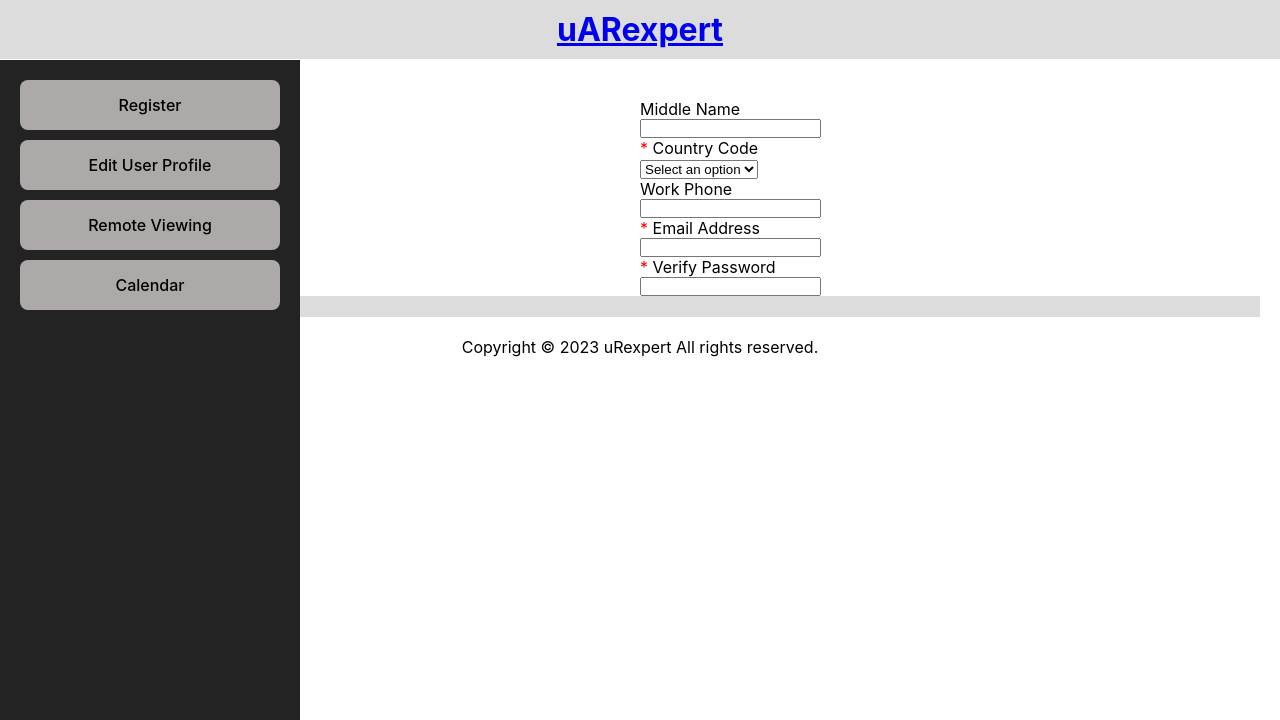
Repository: onionNguyen/Senior-Design-Project
Page: /register (app in frontend/)
The author's editor kept a copy of each file at every save. The page is drawn from the files as they stood at one save, then again after the next save.
The browser window is 1280 px wide. The pictures show the whole page.
The page's requests for data from a server got no answer. The project was rebuilt for these pictures with package versions that can differ from the ones it lists, and the page was loaded fresh each time. No one was signed in, and anything a server would have sent is missing. Also part of the build but not shown: frontend/src/components/pages/edit-user-profile/EditProfile.module.css, frontend/src/components/pages/edit-user-profile/EditProfile.js, frontend/src/components/pages/login/Login.module.css, frontend/src/components/pages/login/Login.js, frontend/src/components/pages/home/Home.module.css, frontend/src/components/pages/error/Unauthorized.js, frontend/src/components/pages/home/Home.js, frontend/src/components/pages/error/NotFound.js and 2 more.

Above is the page before, as saved 2023-10-27 03:25:02.

### frontend/src/index.css
* {
  box-sizing: border-box;
  margin: 0;
  padding: 0;
}

body {
  font-family: -apple-system, BlinkMacSystemFont, "Segoe UI", "Roboto", "Oxygen",
    "Ubuntu", "Cantarell", "Fira Sans", "Droid Sans", "Helvetica Neue",
    sans-serif;
  -webkit-font-smoothing: antialiased;
  -moz-osx-font-smoothing: grayscale;
}

code {
  font-family: source-code-pro, Menlo, Monaco, Consolas, "Courier New",
    monospace;
}

### frontend/src/App.js
import { BrowserRouter as Router, Routes, Route } from "react-router-dom";
import EditProfile from "./components/pages/edit-user-profile/EditProfile";
import Login from "./components/pages/login/Login";
import Home from "./components/pages/home/Home";
import Register from "./components/pages/registration/Register";
import { AuthContext } from "./helpers/AuthContext";
import { useState, useEffect } from "react";
import axios from "axios";
import NotFound from "./components/pages/error/NotFound";
import Calendar from "./components/pages/calendar/Calendar";
import RemoteViewing from "./components/pages/remote-viewing/RemoteViewing";

function App() {
  const [authState, setAuthState] = useState({
    id: 0,
    name: "",
    email: "",
    status: false,
  });

  useEffect(() => {
    axios
      .get("http://localhost:5000/auth", {
        headers: {
          accessToken: localStorage.getItem("accessToken"),
        },
      })
      .then((response) => {
        console.log(response.data);
        if (response.data.error) {
          setAuthState({
            ...authState,
            status: false,
          });
        } else {
          setAuthState({
            id: response.data.id,
            name: response.data.name,
            email: response.data.email,
            status: true,
          });
        }
      });
  }, [authState]);

  return (
    <AuthContext.Provider value={{ authState, setAuthState }}>
      <Router>
        <Routes>
          <Route path="/" exact element={<Home />} />
          <Route path="/register" exact element={<Register />} />
          <Route path="/login" exact element={<Login />} />
          <Route path="/profile/edit" exact element={<EditProfile />} />
          <Route path="/calendar" exact element={<Calendar />} />
          <Route path="/remote-viewing" exact element={<RemoteViewing />} />
          <Route path="*" exact element={<NotFound />} />
        </Routes>
      </Router>
    </AuthContext.Provider>
  );
}

export default App;

### frontend/src/components/pages/registration/Register.js
import React, { useState, useEffect } from "react";
import { useNavigate } from "react-router-dom";
import axios from "axios";
import Footer from "../../footer/Footer";
import Header from "../../header/Header";
import SideNav from "../../sidenav/SideNav";
import Input from "../../form/Input";
import styles from "./Register.module.css";
import IndicatesRequired from "../../form/IndicatesRequired";
import MessageRibbon from "../../form/MessageRibbon";

const Register = () => {
  const navigate = useNavigate();

  const [formData, setFormData] = useState({
    first_name: "",
    middle_name: "",
    last_name: "",
    country_name: "",
    mobile_phone: "",
    work_phone: "",
    home_phone: "",
    email: "",
    password: "",
    verify_password: "",
  });

  const [errorMessages, setErrorMessages] = useState([]);

  const [countryCodes, setCountryCodes] = useState([]);

  useEffect(() => {
    axios
      .get("http://localhost:5000/countries")
      .then((response) => {
        setCountryCodes(response.data.countries);
      })
      .catch((error) => {
        console.error("Error fetching country codes:", error);
      });
  }, []);

  const handleInputChange = (event) => {
    const { name, value } = event.target;
    console.log(value);
    setFormData({ ...formData, [name]: value });
  };

  const isValidEmail = (email) => {
    const emailPattern = /^[a-zA-Z0-9._%+-]+@[a-zA-Z0-9.-]+\.[a-zA-Z]{2,}$/;
    return emailPattern.test(email);
  };

  const isValidPhoneNumber = (phoneNumber) => {
    const phonePattern = /^[0-9]{10}$/;
    return phonePattern.test(phoneNumber);
  };

  const handleSubmit = (event) => {
    event.preventDefault();
    console.log(formData);

    const errors = [];

    const fieldToLablesMap = {
      first_name: "First name",
      middle_name: "Middle name",
      last_name: "Last name",
      country_name: "Country code",
      mobile_phone: "Mobile phone",
      work_phone: "Work phone",
      home_phone: "Home phone",
      email: "Email address",
      password: "Password",
      verify_password: "Verify password",
    };

    // Validation for required fields
    const requiredFields = [
      "first_name",
      "last_name",
      "country_name",
      "mobile_phone",
      "email",
      "password",
      "verify_password",
    ];

    requiredFields.forEach((field) => {
      if (!formData[field]) {
        errors.push(`${fieldToLablesMap[field]} is required.`);
      }
    });

    // Validation for field lengths
    const fieldsToCheckLength = [
      "first_name",
      "middle_name",
      "last_name",
      "email",
      "password",
      "verify_password",
    ];
    fieldsToCheckLength.forEach((field) => {
      if (formData[field] && formData[field].length > 50) {
        errors.push(
          `${fieldToLablesMap[field]} must be 50 characters or less.`
        );
      }
    });

    // Validation for phone numbers (mobile, work, home)
    const phoneFields = ["mobile_phone", "work_phone", "home_phone"];
    phoneFields.forEach((field) => {
      if (
        formData[field] &&
        (formData[field].length > 10 || !isValidPhoneNumber(formData[field]))
      ) {
        errors.push(
          `${fieldToLablesMap[field]} must be 10 characters or less and valid.`
        );
      }
    });

    // Validation for email
    if (formData.email && !isValidEmail(formData.email)) {
      errors.push("Invalid email address.");
    }

    // Validation for password and verify_password
    if (formData.password !== formData.verify_password) {
      errors.push("Passwords do not match.");
    }

    console.log(errors);
    if (errors.length === 0) {
      axios
        .post("http://localhost:5000/register", formData)
        .then((response) => {
          console.log(response.data);
          navigate("/login");
        })
        .catch((error) => {
          console.error("Error registering user:", error);
        });
      setErrorMessages([]);
      setFormData({
        first_name: "",
        middle_name: "",
        last_name: "",
        country_name: "",
        mobile_phone: "",
        work_phone: "",
        home_phone: "",
        email: "",
        password: "",
        verify_password: "",
      });
    } else {
      setErrorMessages(errors);
    }
  };

  return (
    <div>
      <Header />
      <div className={styles["main-content"]}>
       <SideNav />
       <div className={styles["page-content"]}>
      <MessageRibbon messageList={errorMessages} />
      <IndicatesRequired />
      <form onSubmit={handleSubmit} noValidate>
        <div className={styles["form-container"]}>
          <div className={styles["form-sub-container"]}>
            <Input
              label={"First Name"}
              type={"text"}
              name={"first_name"}
              value={formData.first_name}
              onChange={handleInputChange}
              required={true}
            />
            <Input
              label={"Last Name"}
              type={"text"}
              name={"last_name"}
              value={formData.last_name}
              onChange={handleInputChange}
              required={true}
            />
            <Input
              label={"Mobile Phone"}
              type={"text"}
              name={"mobile_phone"}
              value={formData.mobile_phone}
              onChange={handleInputChange}
              required={true}
            />
            <Input
              label={"Home Phone"}
              type={"text"}
              name={"home_phone"}
              value={formData.home_phone}
              onChange={handleInputChange}
              required={false}
            />
            <Input
              label={"Password"}
              type={"password"}
              name={"password"}
              value={formData.password}
              onChange={handleInputChange}
              required={true}
            />
          </div>
          <div className={styles["form-sub-container"]}>
            <Input
              label={"Middle Name"}
              type={"text"}
              name={"middle_name"}
              value={formData.middle_name}
              onChange={handleInputChange}
              required={false}
            />
            <Input
              label={"Country Code"}
              type={"select"}
              name={"country_name"}
              value={formData.country_name}
              onChange={handleInputChange}
              required={true}
              countryCodes={countryCodes}
            />
            <Input
              label={"Work Phone"}
              type={"text"}
              name={"work_phone"}
              value={formData.work_phone}
              onChange={handleInputChange}
              required={false}
            />
            <Input
              label={"Email Address"}
              type={"email"}
              name={"email"}
              value={formData.email}
              onChange={handleInputChange}
              required={true}
            />
            <Input
              label={"Verify Password"}
              type={"password"}
              name={"verify_password"}
              value={formData.verify_password}
              onChange={handleInputChange}
              required={true}
            />
          </div>
        </div>
        <div className={styles["button-ribbon"]}>
          <button>Register</button>
          <a href="http://localhost:3000/login">Need to login?</a>
        </div>
      </form>
      </div>
    </div>
    <Footer />
  </div>
  );
};

export default Register;

### frontend/src/components/footer/Footer.js
import React from "react";
import styles from "./Footer.module.css";

const Footer = () => {
  return (
    <div className={styles["footer"]}>
      <p>Copyright &copy; 2023 uRexpert All rights reserved.</p>
    </div>
  );
};

export default Footer;

### frontend/src/components/header/Header.js
import React from "react";
import styles from "./Header.module.css";
import { useContext } from "react";
import { AuthContext } from "../../helpers/AuthContext";
import { useNavigate, Link } from "react-router-dom";

const Header = () => {
  const { authState, setAuthState } = useContext(AuthContext);
  const navigate = useNavigate();

  const logout = () => {
    localStorage.removeItem("accessToken");
    setAuthState({
      id: 0,
      name: "",
      email: "",
      status: false,
    });
    navigate("/login");
  };

  return (
    <div className={styles["header"]}>
      <Link to="/">
        <h1>uARexpert</h1>
      </Link>
      {authState.status && <h2>{authState.name}</h2>}
      {authState.status && <button onClick={logout}>Logout</button>}
    </div>
  );
};

export default Header;

### frontend/src/components/sidenav/SideNav.js
import React from "react";
import styles from "./SideNav.module.css";
import { Link } from 'react-router-dom';

const SideNav = (props) => {
  return (
    <div className={styles.sidenav}>
      <ul className={styles.listGroup}>
        <li className={styles.listItem}>
          <Link to="/register">Register</Link>
        </li>
        <li className={styles.listItem}>
          <Link to="/profile/edit">Edit User Profile</Link>
        </li>
        <li className={styles.listItem}>
          <Link to="/remote-viewing">Remote Viewing</Link>
        </li>
        <li className={styles.listItem}>
          <Link to="/calendar">Calendar</Link>
        </li>
      </ul>
    </div>
  );
};

export default SideNav;

### frontend/src/components/form/Input.js
import React from "react";
import styles from "./Form.module.css";

const Input = ({
  label,
  type,
  name,
  value,
  onChange,
  required,
  countryCodes,
}) => {
  return (
    <>
      <label className={styles["display-block"]} htmlFor={name}>
        {required && <span className={styles["required"]}>* </span>}
        {label}
      </label>
      {type === "select" && (
        <select
          name={name}
          id={name}
          value={value}
          onChange={(e) => onChange(e)}
          required={required}
        >
          <option value="" disabled hidden>
            Select an option
          </option>
          {countryCodes.map((countryCode, index) => (
            <option key={index} value={countryCode.name}>
              {countryCode.name} ({countryCode.code})
            </option>
          ))}
        </select>
      )}
      {(type === "text" || type === "email" || type === "password") && (
        <input
          className={styles["display-block"]}
          type={type}
          name={name}
          id={name}
          value={value}
          onChange={(e) => onChange(e)}
          required={required}
        />
      )}
    </>
  );
};

export default Input;

### frontend/src/components/form/IndicatesRequired.js
import React from "react";
import styles from "./Form.module.css";

const IndicatesRequired = () => {
  return (
    <div>
      <span className={styles["required"]}>* </span>
      <span>Indicates Required</span>
    </div>
  );
};

export default IndicatesRequired;

### frontend/src/components/form/MessageRibbon.js
import React from "react";

const MessageRibbon = ({ messageList }) => {
  return (
    <>
      <ul>
        {messageList.map((message, index) => {
          return <li key={index}>{message}</li>;
        })}
      </ul>
    </>
  );
};

export default MessageRibbon;

### frontend/src/components/pages/registration/Register.module.css
.form-container {
  display: flex;
}

.form-sub-container {
  width: 50%;
}

.button-ribbon {
  background-color: gainsboro;
}

.main-content {
  display: flex;
  flex-wrap: nowrap; /* Ensure that the items do not wrap */
}

.page-content {
  flex-grow: 1; /* This will allow it to take the remaining space */
  padding: 20px;
}

### frontend/src/components/header/Header.module.css
.header {
  display: flex;
  justify-content: center;
  align-items: center;
  background-color: gainsboro;
  padding: 10px 20px;
}

.left-aligned {
  display: flex;
  align-items: center;
}

#logo img {
  margin-right: 15px; /* Adjust as needed */
}

### frontend/src/components/sidenav/SideNav.module.css
.sidenav {
  height: calc(100vh - 60px);
  width: 300px; /* Fixed width to ensure uniform look across different screens */
  max-width: 80%; /* Ensure it doesn't consume too much space on smaller screens */
  z-index: 1;
  top: 60px;
  left: 0;
  background-color: #232323; /* Darker color for contrast */
  transition: 0.5s ease;
  overflow-x: hidden;
  padding: 20px;
  display: flex;
  flex-direction: column;
  align-items: center;
  position: fixed;
  overflow-y: auto;
}

.listGroup {
  width: 100%;
  list-style-type: none;
  padding: 0;
}

.listItem {
  width: 100%;
  padding: 15px 10px;
  text-align: center;
  margin-bottom: 10px;
  border-radius: 8px; /* Added border radius */
  background-color: #ada9a8;
  transition: background-color 0.3s ease; /* Transition effect for hover */
}

.listItem:hover {
  background-color: #7a7675; /* Change color on hover */
}

.listItem a {
  text-decoration: none;
  color: black; /* Ensure text is black, change as per your preference */
  font-weight: 500; /* Slightly bolder font */
  transition: color 0.3s ease; /* Transition effect for hover */
}

.listItem a:hover {
  color: white; /* Change color on hover */
}

### frontend/src/components/form/Form.module.css
.display-block {
  display: block;
}

.required {
  color: red;
}

Loaded but not shown: frontend/public/index.html (common file); frontend/src/index.js (common file); frontend/src/reportWebVitals.js (common file); frontend/src/helpers/AuthContext.js (common file); frontend/src/components/footer/Footer.module.css (common file)

After the next save:
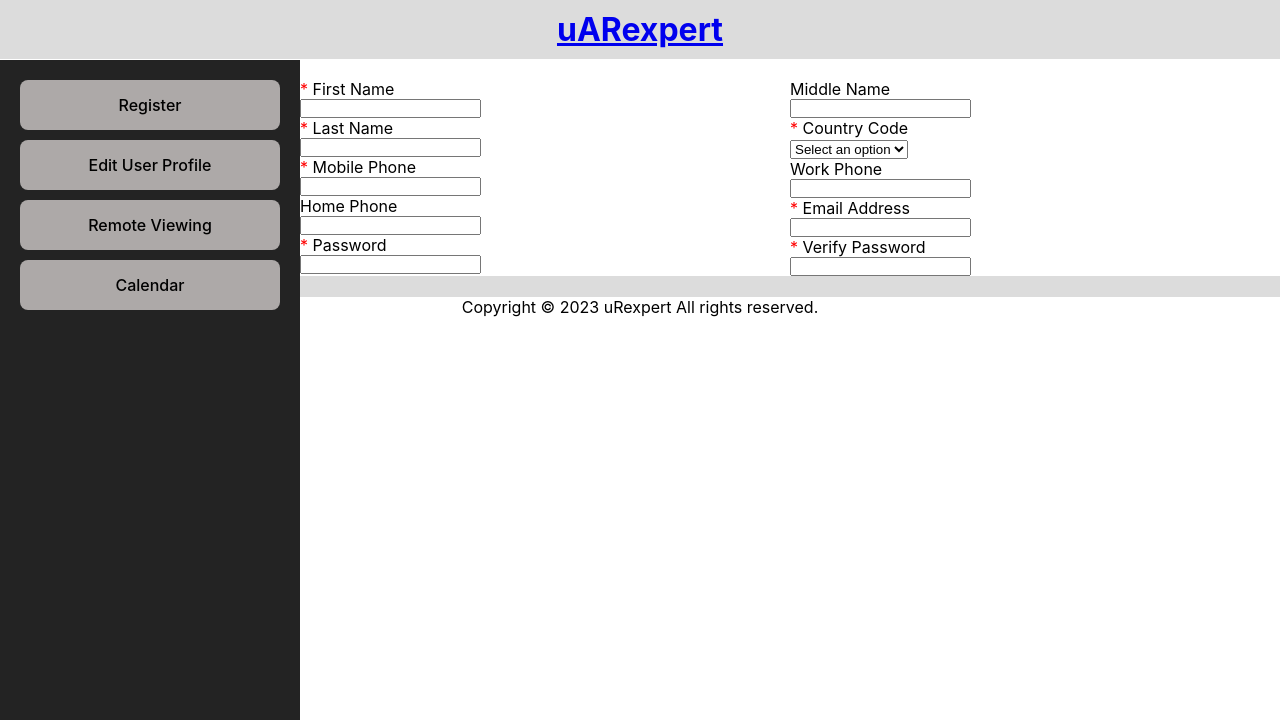
Saved 23 s later.
--- a/frontend/src/components/pages/registration/Register.module.css
+++ b/frontend/src/components/pages/registration/Register.module.css
@@ -1,5 +1,6 @@
 .form-container {
   display: flex;
+  margin-left: 300px; /* equal to the width of the sidenav to avoid overlap */
 }
 
 .form-sub-container {
@@ -9,13 +10,3 @@
 .button-ribbon {
   background-color: gainsboro;
 }
-
-.main-content {
-  display: flex;
-  flex-wrap: nowrap; /* Ensure that the items do not wrap */
-}
-
-.page-content {
-  flex-grow: 1; /* This will allow it to take the remaining space */
-  padding: 20px;
-}
